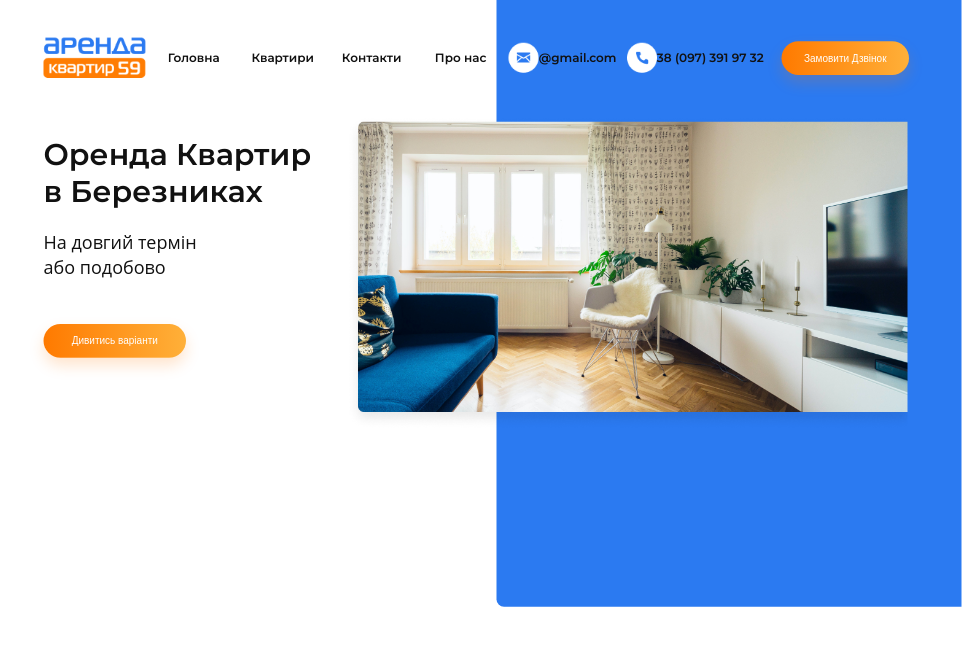
Repository: batonAnton/HW-7-grid
Page: index.html
The author's editor kept a copy of each file at every save. The page is drawn from the files as they stood at one save, then again after the next save.
The browser window is 1280 px wide. The page is 1282 px wide, so the pictures cover 1282 px, including what lies to the right of the window. The pictures show the whole page, at 75% of full size.

Above is the page before, as saved 2022-06-25 18:22:09.

After the next save:
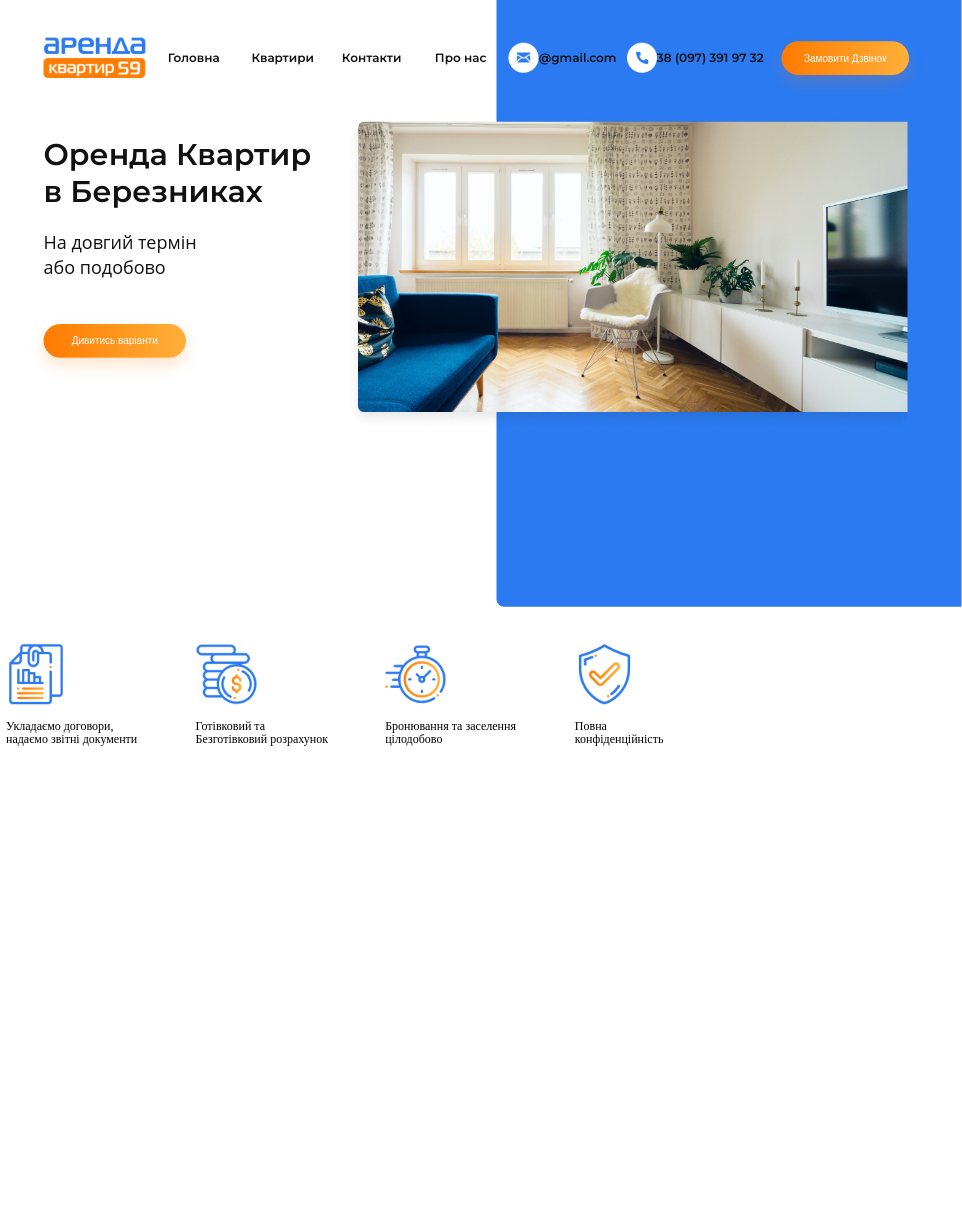
Saved 15 min 28 s later.
--- a/index.html
+++ b/index.html
@@ -53,7 +53,32 @@
     </div>
 
     <div class="wrapper3">
+         <div class="block1">
+             <img src="./images/header 1.1.png" alt="img">
+             <p>
+                Укладаємо договори, <br> надаємо звітні документи
+             </p>
+         </div>
+         <div class="block2">
+            <img src="./images/header 1.2.png" alt="img">
+            <p>
+                Готівковий та <br>
+                Безготівковий розрахунок
+            </p>
+         </div>
+         <div class="block3">
+            <img src="./images/header 1.3.png" alt="img">
+            <p>
+                Бронювання та заселення <br> цілодобово
+            </p>
 
+         </div>
+         <div class="block4">
+            <img src="./images/header 1.4.png" alt="img">
+            <p>
+                Повна <br> конфіденційність
+            </p>
+         </div>
     </div>
 
 
